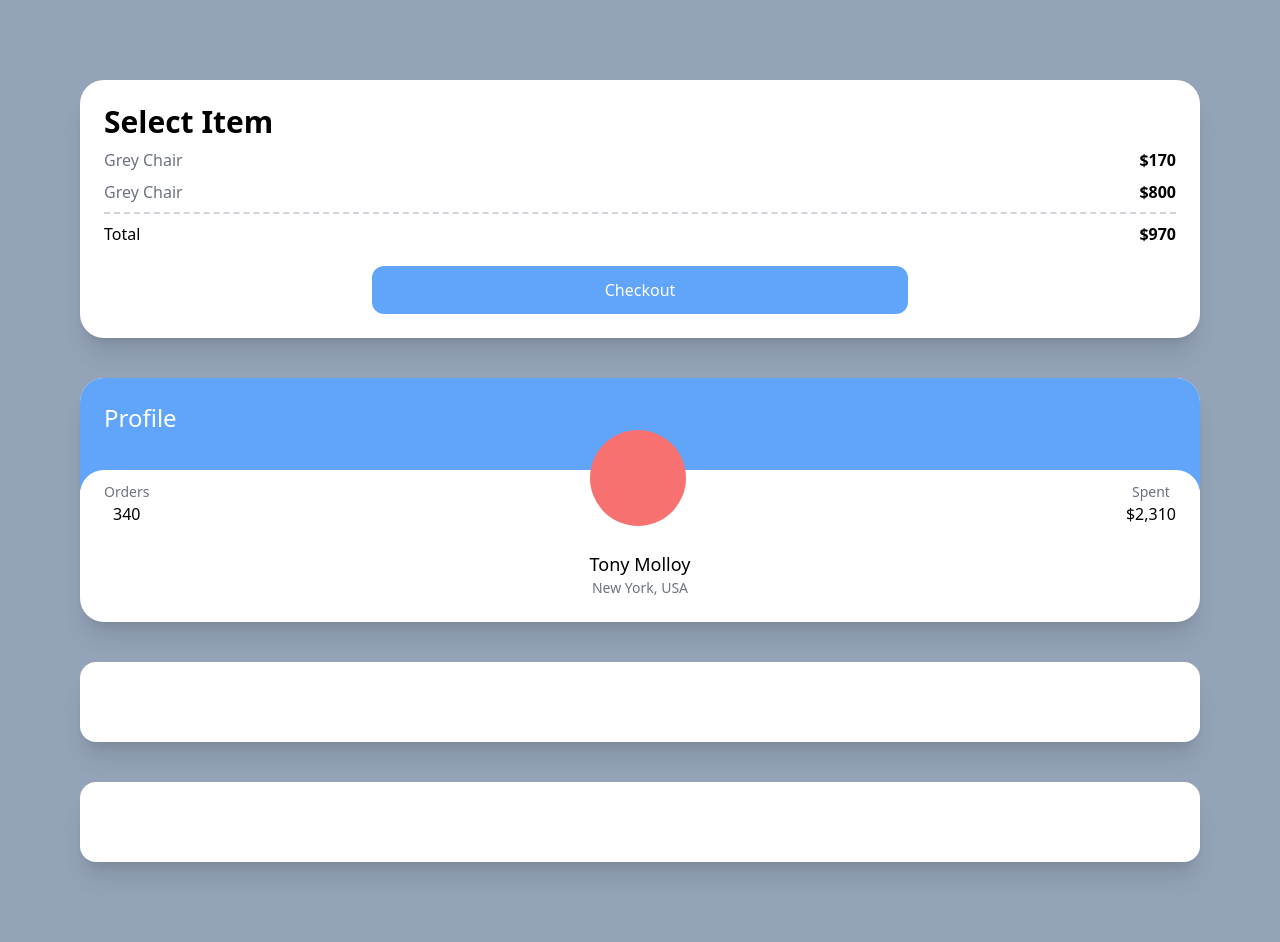
Repository: pjk0007/nextjs-carrot-marcket
Page: /
These files come from the project's save history. The page is drawn as it stood at one moment and after the next save; the edit follows.
The browser window is 1280 px wide. The pictures show the whole page.
The project was rebuilt for these pictures with package versions that can differ from the ones it lists, and the page was loaded fresh each time. The framework's server and built-in components were replaced by stand-ins that run in the browser. Also part of the build but not shown: next.config.js.

Above is the page before, as saved 2022-04-30 13:16:39.

After the next save:
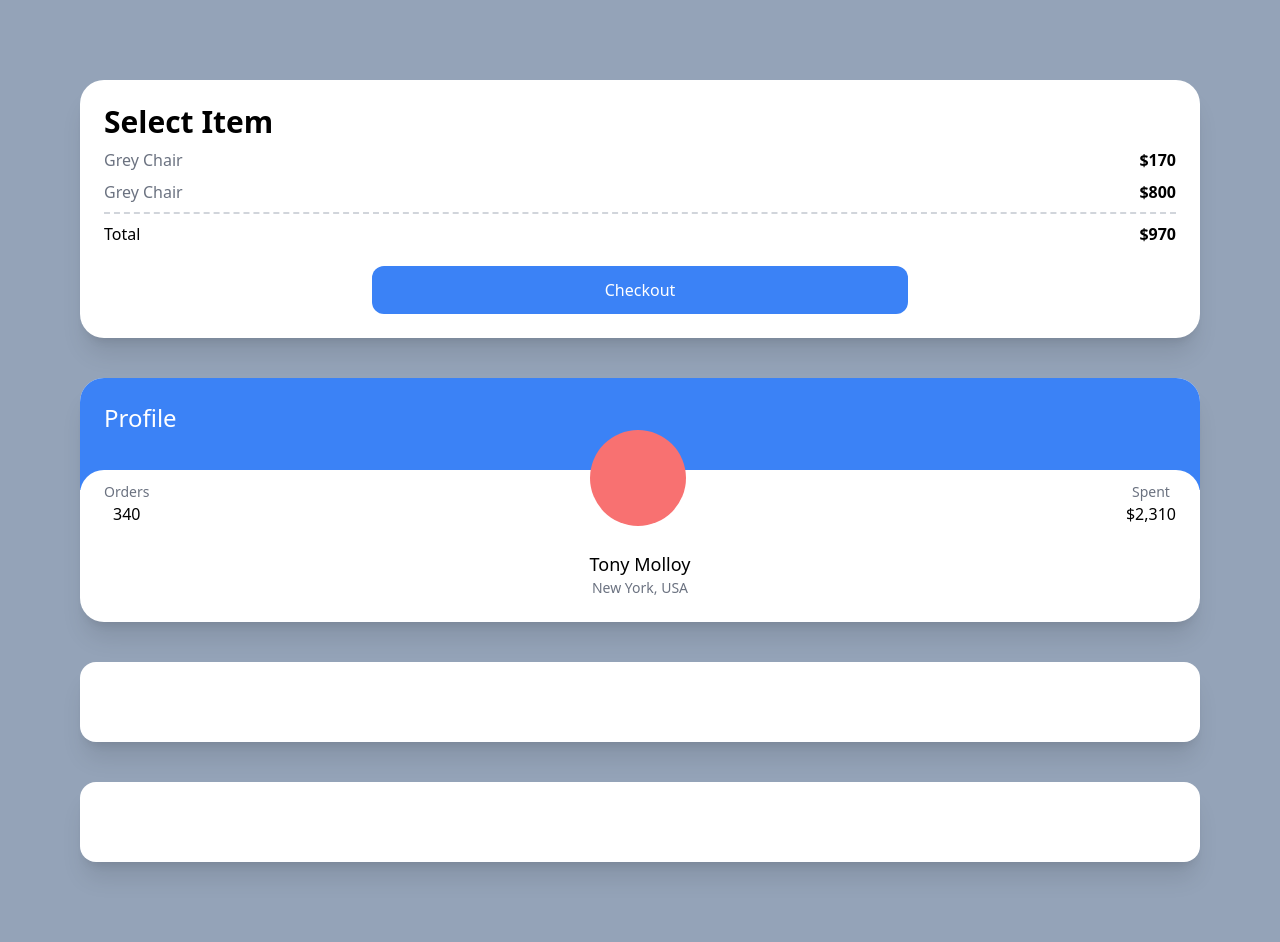
Saved 26 s later.
--- a/pages/index.tsx
+++ b/pages/index.tsx
@@ -16,11 +16,11 @@ const Home: NextPage = () => {
           <span>Total</span>
           <span className='font-semibold'>$970</span>
         </div>
-        <div className='mt-5 bg-blue-400 text-white p-3 text-center rounded-xl w-1/2 mx-auto'>Checkout</div>
+        <div className='mt-5 bg-blue-500 text-white p-3 text-center rounded-xl w-1/2 mx-auto'>Checkout</div>
       </div>
 
       <div className='bg-white overflow-hidden rounded-3xl shadow-xl'>
-        <div className='bg-blue-400 p-6 pb-14'>
+        <div className='bg-blue-500 p-6 pb-14'>
           <span className='text-white text-2xl'>Profile</span>
         </div>
         <div className='rounded-3xl p-6 relative -top-5 bg-white'>
